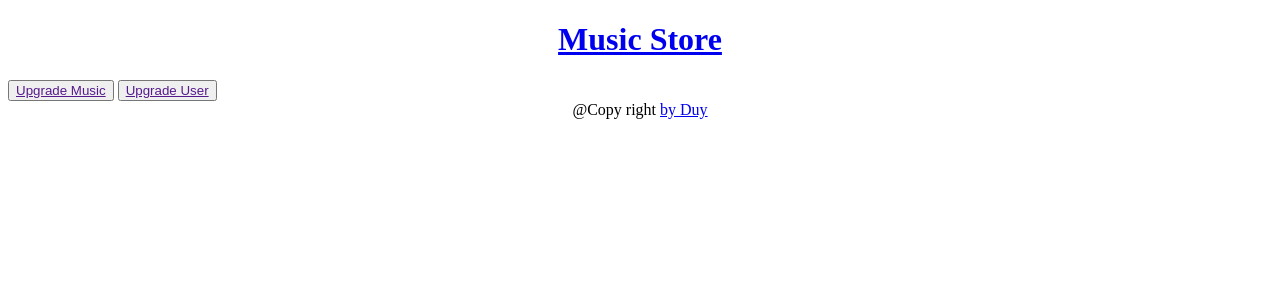
Repository: OnlyLight/Dua_Thu
Page: http://localhost/MusicStore/admin
The author's editor kept a copy of each file at every save. The page is drawn from the files as they stood at one save, then again after the next save.
The browser window is 1280 px wide. The pictures show the whole page.
The page is served by Tomcat 9. Other server files are loaded and not shown.

Above is the page before, as saved 2018-05-13 07:47:34.

### JavaWeb/MusicStore/src/main/webapp/WEB-INF/views/admin.jsp
<%@ page language="java" contentType="text/html; charset=ISO-8859-1"
    pageEncoding="ISO-8859-1"%>
<!DOCTYPE html PUBLIC "-//W3C//DTD HTML 4.01 Transitional//EN" "http://www.w3.org/TR/html4/loose.dtd">
<html>
<head>
<meta http-equiv="Content-Type" content="text/html; charset=ISO-8859-1">
<title>Insert title here</title>
</head>
<body>
	<jsp:include page="_header.jsp"></jsp:include>
	<button><a href="">Upgrade Music</a></button>
	<button><a href="">Upgrade User</a></button>
	<jsp:include page="_footer.jsp"></jsp:include>
</body>
</html>

### JavaWeb/MusicStore/src/main/webapp/WEB-INF/views/_header.jsp
<%@ page language="java" contentType="text/html; charset=UTF-8"
	pageEncoding="UTF-8"%>

<div style="text-align: center">
	<h1><a href="/MusicStore">Music Store</a></h1>
</div>

### JavaWeb/MusicStore/src/main/webapp/WEB-INF/views/_footer.jsp
<%@ page language="java" contentType="text/html; charset=UTF-8"
	pageEncoding="UTF-8"%>
<div style="text-align: center">@Copy right <a href="#" target="_blank">by Duy</a>
</div>

After the next save:
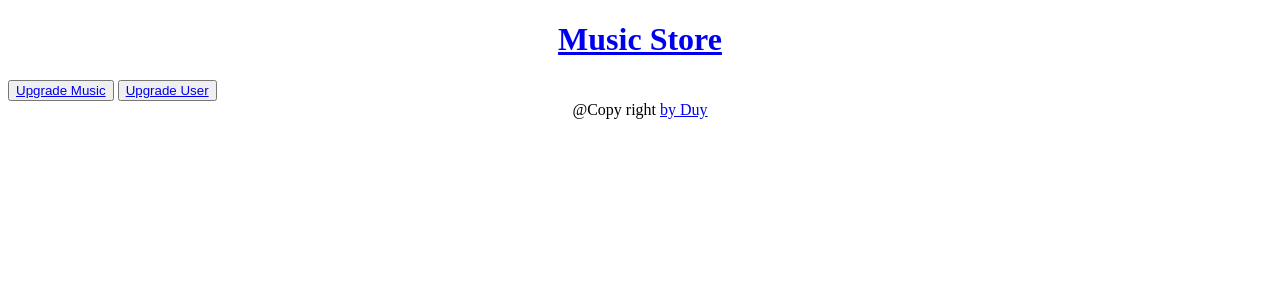
Saved 33 s later.
--- a/JavaWeb/MusicStore/src/main/webapp/WEB-INF/views/admin.jsp
+++ b/JavaWeb/MusicStore/src/main/webapp/WEB-INF/views/admin.jsp
@@ -8,8 +8,8 @@
 </head>
 <body>
 	<jsp:include page="_header.jsp"></jsp:include>
-	<button><a href="">Upgrade Music</a></button>
-	<button><a href="">Upgrade User</a></button>
+	<button><a href="/MusicStore/upMusic">Upgrade Music</a></button>
+	<button><a href="/MusicStore/upUser">Upgrade User</a></button>
 	<jsp:include page="_footer.jsp"></jsp:include>
 </body>
 </html>
